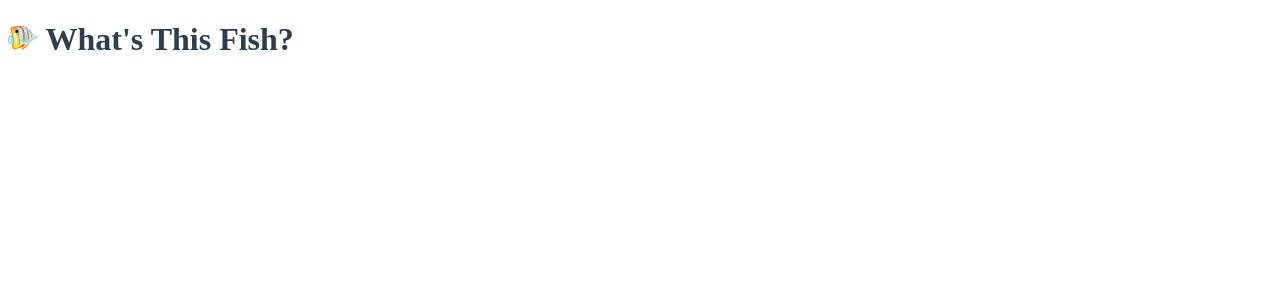
Repository: ulyfm/whatsthis.fish
Page: FishServer/externalpages/index.html
These files come from the project's save history. The page is drawn as it stood at one moment and after the next save; the edit follows.
The browser window is 1280 px wide. The pictures show the whole page.
Some web fonts or font styles are not loaded; a fallback is used.

Above is the page before, as saved 2017-01-04 18:01:03.

After the next save:
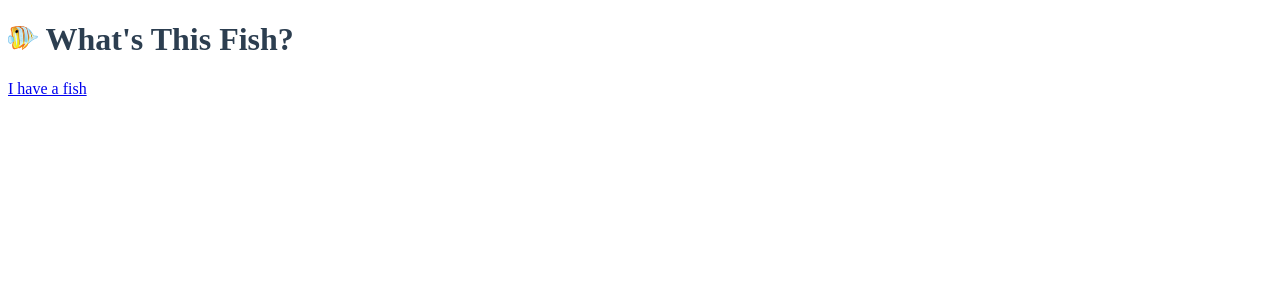
Saved 9 s later.
--- a/FishServer/externalpages/index.html
+++ b/FishServer/externalpages/index.html
@@ -8,6 +8,6 @@
 	</head>
 	<body>
 		<h1><img src='drivingthattrainhighoncocaine.svg' id='logo'>  What's This Fish?</h1>
-		<a href='/havefish.html'
+		<a href='/havefish.html'>I have a fish</a>
 	</body>
 </html>
